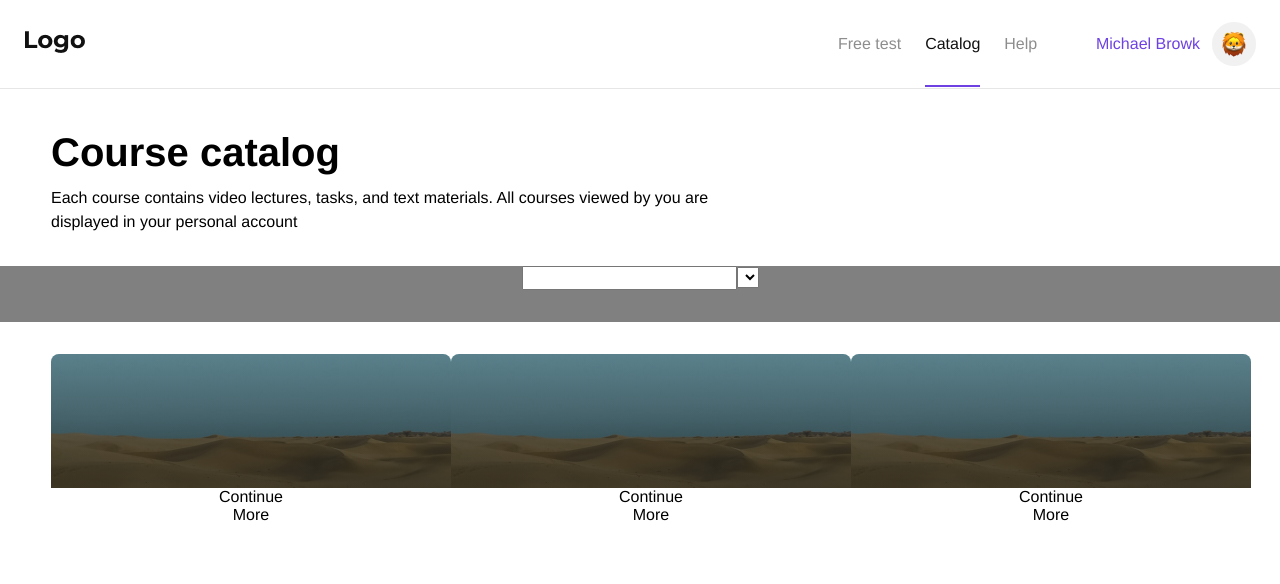
Repository: skydevil1604/vue-test-app
Page: /#/main-page
These files come from the project's save history. The page is drawn as it stood at one moment and after the next save; the edit follows.
The browser window is 1280 px wide. The pictures show the whole page.
The project was rebuilt for these pictures with package versions that can differ from the ones it lists, and the page was loaded fresh each time. Also part of the build but not shown: src/components/Tabs.vue, src/components/Tab.vue, src/components/Login.vue, src/components/Registration.vue, src/components/AuthenticationForm.vue.

Above is the page before, as saved 2020-04-06 20:38:31.

After the next save:
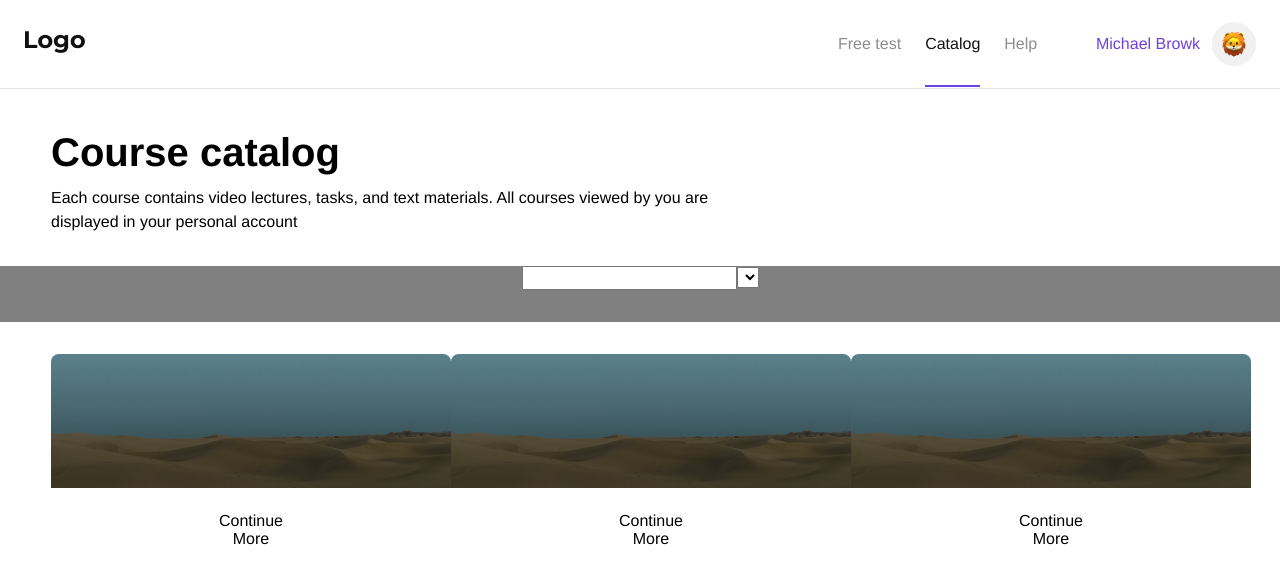
Saved 36 s later.
--- a/src/components/MainPage.vue
+++ b/src/components/MainPage.vue
@@ -201,6 +201,7 @@ export default {
                 border-top-right-radius: 8px;
                 border-top-left-radius: 8px;
                 position: relative;
+                margin-bottom: 24px;
                 background-image: url('../assets/first-post-image.jpg');
 
                     &::before {
